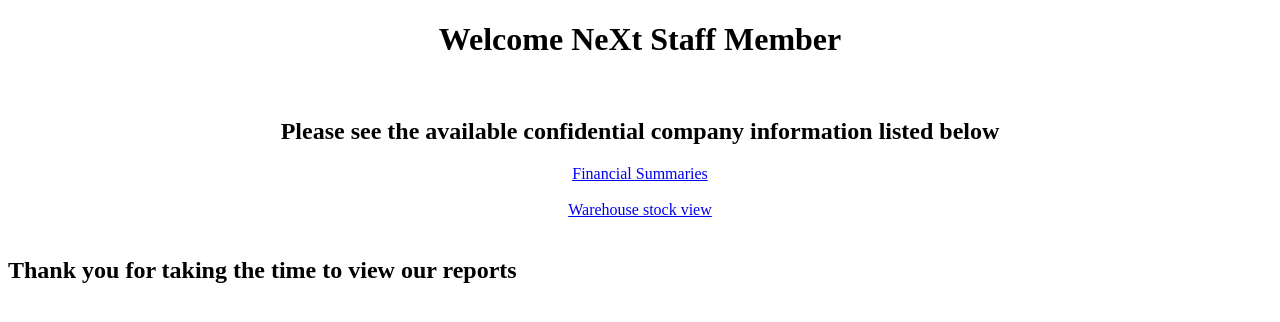
Repository: rstevenson6/304Project
Page: http://localhost/GroupProject/Admin.jsp
The author's editor kept a copy of each file at every save. The page is drawn from the files as they stood at one save, then again after the next save.
The browser window is 1280 px wide. The pictures show the whole page.
The page is served by Tomcat 9. Other server files are loaded and not shown.

Above is the page before, as saved 2016-11-28 06:17:01.

### GroupProject/WebContent/Admin.jsp
<%@ page language="java" contentType="text/html; charset=ISO-8859-1"
    pageEncoding="ISO-8859-1"%>
<!DOCTYPE html PUBLIC "-//W3C//DTD HTML 4.01 Transitional//EN" "http://www.w3.org/TR/html4/loose.dtd">
<html>
<head>
<meta http-equiv="Content-Type" content="text/html; charset=ISO-8859-1">
<title>Insert title here</title>
</head>
<body>
<h1 align="center"> Welcome NeXt Staff Member</h1> </br>
<h2 align="center"> Please see the available confidential company information listed below</h2>
<center><a href= listprod.jsp>Financial Summaries</a></center></br>
<center><a href= listprod.jsp>Warehouse stock view</a></center></br>

<h2> Thank you for taking the time to view our reports</h2>

</body>
</html>

After the next save:
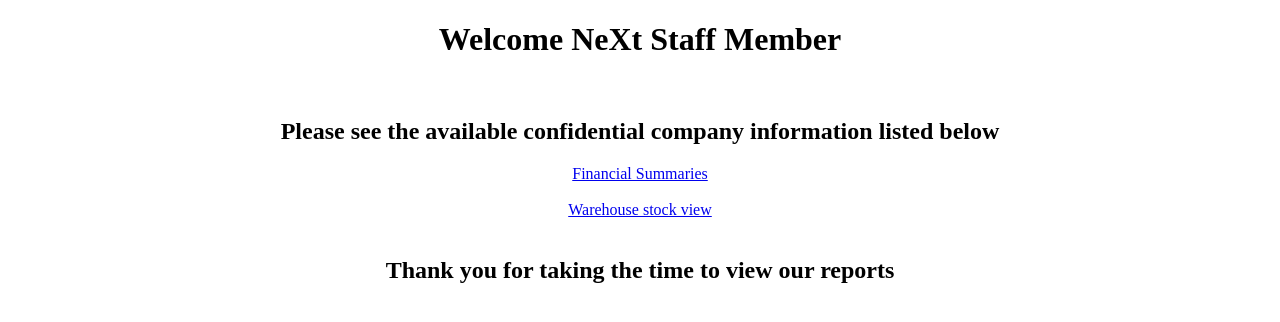
Saved 12 s later.
--- a/GroupProject/WebContent/Admin.jsp
+++ b/GroupProject/WebContent/Admin.jsp
@@ -12,7 +12,7 @@
 <center><a href= listprod.jsp>Financial Summaries</a></center></br>
 <center><a href= listprod.jsp>Warehouse stock view</a></center></br>
 
-<h2> Thank you for taking the time to view our reports</h2>
+<h2 align="center"> Thank you for taking the time to view our reports</h2>
 
 </body>
 </html>
